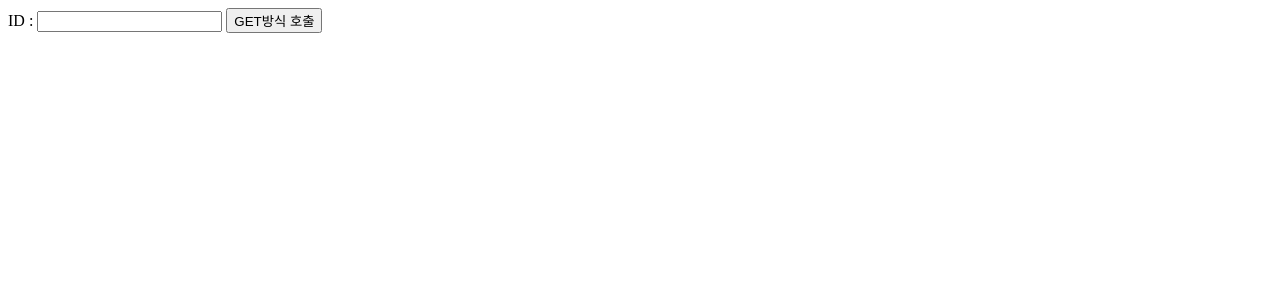
Repository: cdj6995/Web
Page: Lecture-Web/src/main/webapp/servlet/method.html
The author's editor kept a copy of each file at every save. The page is drawn from the files as they stood at one save, then again after the next save.
The browser window is 1280 px wide. The pictures show the whole page.

Above is the page before, as saved 2022-06-02 01:35:14.

### Lecture-Web/src/main/webapp/servlet/method.html
<!DOCTYPE html>
<html>
<head>
<meta charset="UTF-8">
<title>Insert title here</title>
</head>
<body>
	<!-- http://localhost:9999/Lecture-Web/method 요청 -->
	<form action="/Lecture-Web/method" method="get">
		ID : <input type="text" name="id">
		<input type="submit" value="GET방식 호출">
	</form>
</body>
</html>

After the next save:
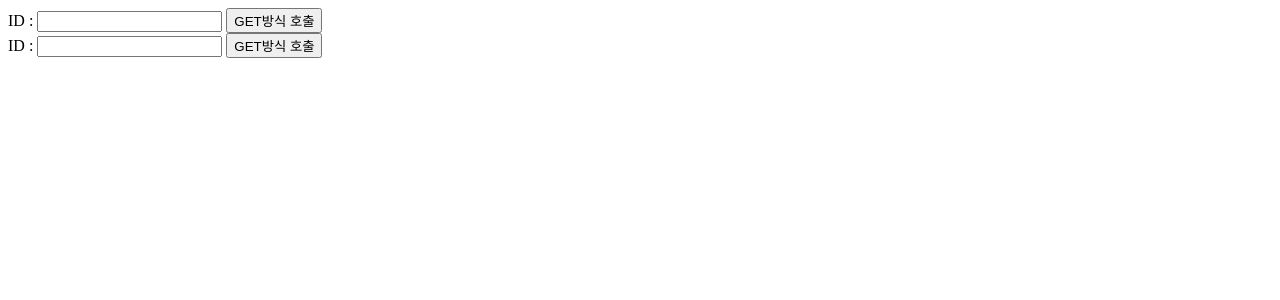
Saved 40 min 29 s later.
--- a/Lecture-Web/src/main/webapp/servlet/method.html
+++ b/Lecture-Web/src/main/webapp/servlet/method.html
@@ -10,5 +10,9 @@
 		ID : <input type="text" name="id">
 		<input type="submit" value="GET방식 호출">
 	</form>
+	<form action="/Lecture-Web/method" method="post">
+		ID : <input type="text" name="id">
+		<input type="submit" value="GET방식 호출">
+	</form>
 </body>
 </html>
